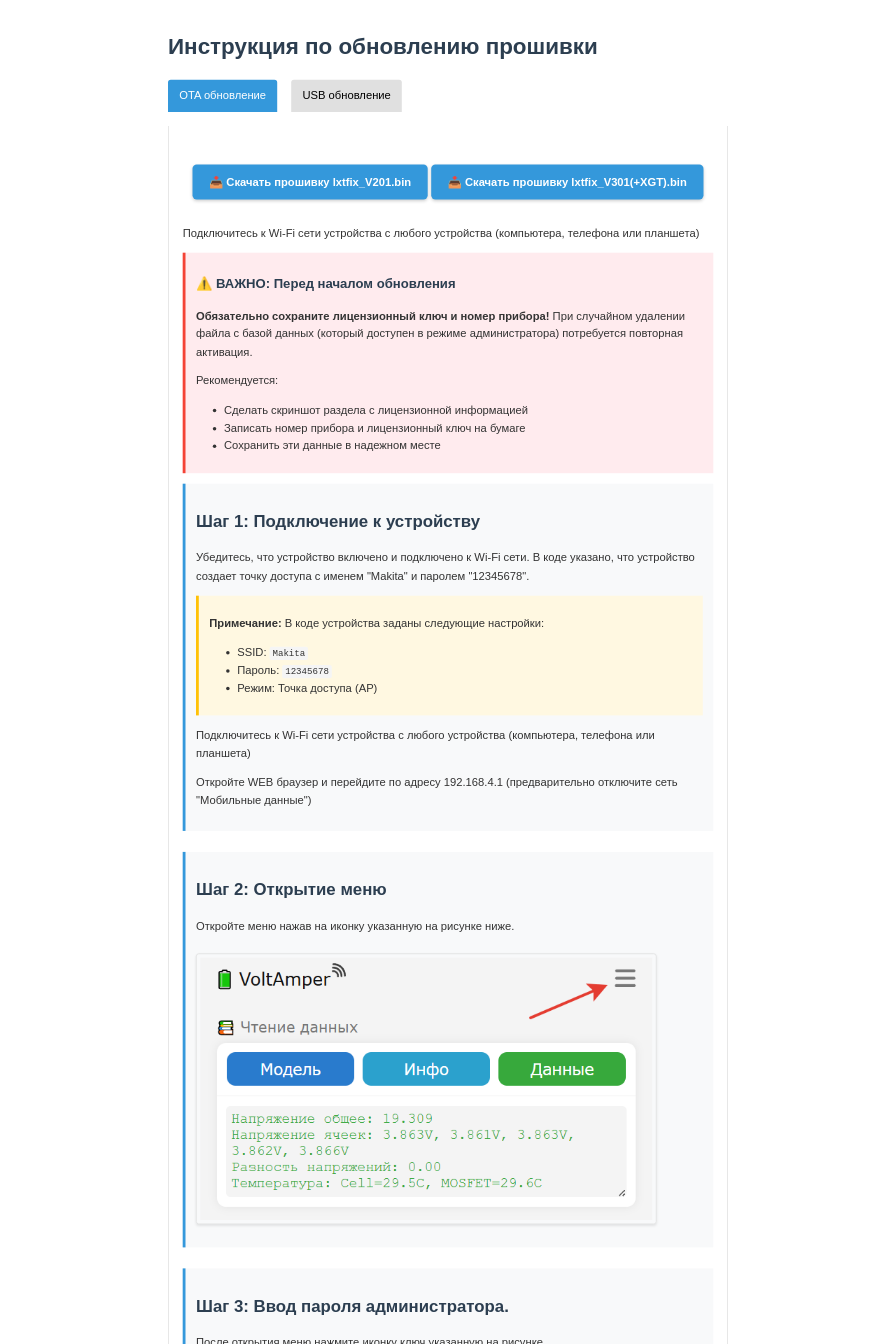
Repository: NikElectronics/ELIXStoFIX
Page: firmware.html
These files come from the project's save history. The page is drawn as it stood at one moment and after the next save; the edit follows.
The browser window is 1280 px wide. The pictures show the part of the page from y = 0 to 1920 px (the page is 5956 px tall before and 5998 px after), at 70% of full size.

Above is the page before, as saved 2026-02-12 10:56:30.

### firmware.html
<!DOCTYPE html>
<html lang="ru">

<head>
    <meta charset="UTF-8">
    <meta name="viewport" content="width=device-width, initial-scale=1.0">
    <title>Инструкция по обновлению прошивки</title>
    <style>
        body {
            font-family: Arial, sans-serif;
            line-height: 1.6;
            max-width: 800px;
            margin: 0 auto;
            padding: 20px;
            color: #333;
        }

        h1,
        h2,
        h3 {
            color: #2c3e50;
        }

        .step {
            margin-bottom: 30px;
            padding: 15px;
            border-left: 4px solid #3498db;
            background-color: #f8f9fa;
        }

        .screenshot {
            max-width: 100%;
            border: 1px solid #ddd;
            border-radius: 4px;
            padding: 5px;
            margin: 10px 0;
            box-shadow: 0 2px 4px rgba(0, 0, 0, 0.1);
            cursor: pointer;
            transition: transform 0.3s ease;
        }

        .screenshot:hover {
            transform: scale(1.05);
        }

        /* Стили для модального окна изображения */
        .modal {
            display: none;
            position: fixed;
            z-index: 1000;
            left: 0;
            top: 0;
            width: 100%;
            height: 100%;
            background-color: rgba(0, 0, 0, 0.9);
            backdrop-filter: blur(5px);
        }

        .modal-content {
            display: block;
            margin: auto;
            max-width: 90%;
            max-height: 90%;
            position: absolute;
            top: 50%;
            left: 50%;
            transform: translate(-50%, -50%);
            border-radius: 8px;
        }

        .close {
            position: absolute;
            top: 20px;
            right: 35px;
            color: #fff;
            font-size: 40px;
            font-weight: bold;
            cursor: pointer;
            z-index: 1001;
        }

        .close:hover {
            color: #ccc;
        }

        .note {
            background-color: #fff8e1;
            border-left: 4px solid #ffc107;
            padding: 10px 15px;
            margin: 15px 0;
        }

        .warning {
            background-color: #ffebee;
            border-left: 4px solid #f44336;
            padding: 10px 15px;
            margin: 15px 0;
        }

        code {
            background-color: #f5f5f5;
            padding: 2px 4px;
            border-radius: 3px;
            font-family: monospace;
        }

        .download-btn {
            display: inline-block;
            background-color: #3498db;
            color: white;
            padding: 12px 24px;
            text-decoration: none;
            border-radius: 6px;
            font-weight: bold;
            transition: all 0.3s ease;
            box-shadow: 0 2px 5px rgba(0, 0, 0, 0.2);
            margin: 15px 0;
        }

        .download-btn:hover {
            background-color: #2980b9;
            transform: translateY(-2px);
            box-shadow: 0 4px 8px rgba(0, 0, 0, 0.2);
        }

        .download-btn:active {
            transform: translateY(0);
            box-shadow: 0 2px 3px rgba(0, 0, 0, 0.2);
        }

        .download-container {
            text-align: center;
            margin: 20px 0;
        }

        .tab-btn {
            background-color: #e0e0e0;
            border: none;
            outline: none;
            cursor: pointer;
            padding: 14px 16px;
            font-size: 16px;
            border-radius: 4px 4px 0 0;
            transition: 0.3s;
        }

        .tab-btn.active {
            background-color: #3498db;
            color: white;
        }

        .tab-btn:hover:not(.active) {
            background-color: #bdc3c7;
        }

        .tab-content {
            padding: 20px;
            border: 1px solid #ddd;
            border-top: none;
            border-radius: 0 0 4px 4px;
        }
    </style>
</head>

<body>

    <h1>Инструкция по обновлению прошивки</h1>

    <div style="display: flex; gap: 20px; margin: 20px 0;">
        <button id="otaTab" class="tab-btn active" onclick="showTab('ota')">OTA обновление</button>
        <button id="usbTab" class="tab-btn" onclick="showTab('usb')">USB обновление</button>
    </div>

    <div id="otaContent" class="tab-content">

        <div class="download-container" id="downloadSection">
            <a href="files/lxtfix_V201.bin" download class="download-btn">
                📥 Скачать прошивку lxtfix_V201.bin
            </a>
            <a href="files/lxtfix_V301(+XGT).bin" download class="download-btn">
                📥 Скачать прошивку lxtfix_V301(+XGT).bin
            </a>
        </div>

        <p>Подключитесь к Wi-Fi сети устройства с любого устройства (компьютера, телефона или планшета)</p>

        <div class="warning">
            <h3>⚠️ ВАЖНО: Перед началом обновления</h3>
            <p><strong>Обязательно сохраните лицензионный ключ и номер прибора!</strong> При случайном удалении файла с базой данных
                 (который доступен в режиме администратора) потребуется повторная активация.</p>
            <p>Рекомендуется:</p>
            <ul>
                <li>Сделать скриншот раздела с лицензионной информацией</li>
                <li>Записать номер прибора и лицензионный ключ на бумаге</li>
                <li>Сохранить эти данные в надежном месте</li>
            </ul>
        </div>

        <div class="step">
            <h2>Шаг 1: Подключение к устройству</h2>
            <p>Убедитесь, что устройство включено и подключено к Wi-Fi сети. В коде указано, что устройство создает
                точку
                доступа с именем "Makita" и паролем "12345678".</p>
            <div class="note">
                <p><strong>Примечание:</strong> В коде устройства заданы следующие настройки:</p>
                <ul>
                    <li>SSID: <code>Makita</code></li>
                    <li>Пароль: <code>12345678</code></li>
                    <li>Режим: Точка доступа (AP)</li>
                </ul>
            </div>
            <p>Подключитесь к Wi-Fi сети устройства с любого устройства (компьютера, телефона или планшета)</p>
            <p>Откройте WEB браузер и перейдите по адресу 192.168.4.1 (предварительно отключите сеть "Мобильные данные")
            </p>
        </div>

        <div class="step">
            <h2>Шаг 2: Открытие меню</h2>
            <p>Откройте меню нажав на иконку указанную на рисунке ниже. </p>
            <img src="images/menu.png" alt="Главная страница веб-интерфейса" class="screenshot">
        </div>

        <div class="step">
            <h2>Шаг 3: Ввод пароля администратора.</h2>
            <p>После открытия меню нажмите иконку ключ указанную на рисунке.</p>
            <img src="images/menu_open.png" alt="Главная страница веб-интерфейса" class="screenshot">
            <p>И введите в поле, открывшегося окна Password, пароль LXTFIX (для новых версий) или nik1709 (для старых
                версий)</p>
            <img src="images/password.png" alt="Главная страница веб-интерфейса" class="screenshot">
        </div>

        <div class="step">
            <h2>Шаг 4: Выбор прошивки</h2>
            <p>После ввода правильного пароля иконка ключа станет зеленым и появится иконка ОТА (облако)".</p>
            <p>Нажав на иконку OTA откроется проводник файлов вашего устройства. Найдите и выберите заранее скачанную
                прошивку.</p>
            <img src="images/pass_good.png" alt="Раздел программатора" class="screenshot">
            <div class="note">
                <p><strong>Примечание:</strong> Убедитесь, что файл прошивки имеет правильный формат (обычно .bin) и
                    совместим с вашим устройством.</p>
            </div>
        </div>

        <div class="step">
            <h2>Шаг 5: Загрузка новой прошивки</h2>
            <p>После выбора файла прошивки нажмите кнопку ОК для начала загрузки. </p>
            <img src="images/firmware.png" alt="Интерфейс загрузки прошивки" class="screenshot">
        </div>

        <div class="step">
            <h2>Шаг 6: Процесс обновления</h2>
            <p>При обновлении прошивки иконка облако станет зеленым. Не прерывайте процесс обновления и не отключайте
                питание устройства до появления сообщения "OTA завершено" в нижней части экрана.</p>
            <img src="images/green.png" alt="Процесс обновления прошивки" class="screenshot">
            <div class="warning">
                <p><strong>Внимание:</strong> Прерывание процесса обновления может привести к повреждению прошивки и
                    необходимости физического перепрограммирования устройства!</p>
            </div>
        </div>

        <div class="step">
            <h2>Шаг 7: Завершение обновления</h2>
            <p>После успешной загрузки прошивки устройство обычно перезагружается автоматически. Если этого не
                произошло, вы
                можете перезагрузить устройство вручную с помощью кнопки "Перезагрузить" в веб-интерфейсе или выключив и
                включив питание.</p>
        </div>

        <div class="step">
            <h2>Шаг 8: Проверка новой версии</h2>
            <p>После перезагрузки снова откройте меню и проверьте, что версия прошивки изменилась на новую.</p>
            <img src="images/control.png" alt="Процесс обновления прошивки" class="screenshot">
        </div>

        <div class="note" id="additionalInfo">
            <h3>Дополнительная информация</h3>
            <p>В коде устройства реализована система лицензирования через серийный номер. Если после обновления
                возникают
                проблемы с лицензией, проверьте правильность введенного ключа в разделе программатора. Обратитесь в
                техподдержку.</p>
        </div>

        <div class="warning" id="importantWarnings">
            <h3>Важные предупреждения</h3>
            <ul>
                <li>Под паролем администратора не совершайте иных действий кроме указанных в данной инструкции.</li>
                <li>Убедитесь, что источник прошивки надежный и файл не поврежден</li>
                <li>Не прерывайте процесс обновления</li>
                <li>Убедитесь, что устройство имеет стабильное питание во время обновления</li>
                <li>После прошивки выйдите из режима администратора введя неверный пароль.</li>
            </ul>
        </div>
    </div>

    <div id="usbContent" class="tab-content" style="display: none;">
        <div class="download-container" id="downloadSection">
            <a href="files/lxtfix_V201.bin" download class="download-btn">
                📥 Скачать прошивку lxtfix_V201.bin
            </a>
            <a href="files/lxtfix_V301(+XGT).bin" download class="download-btn">
                📥 Скачать прошивку lxtfix_V301(+XGT).bin
            </a>
        </div>

        <div class="warning">
            <h3>⚠️ ВАЖНО: Перед началом обновления</h3>
            <p>Обязательно сохраните лицензионный ключ и номер прибора!.</p>
            <p>Рекомендуется:</p>
            <ul>
                <li>Сделать скриншот раздела с лицензионной информацией</li>
                <li>Записать номер прибора и лицензионный ключ на бумаге</li>
                <li>Сохранить эти данные в надежном месте</li>
            </ul>
        </div>

        <div class="step">
            <h2>Шаг 1: Подготовка к USB обновлению</h2>
            <p>Для обновления прошивки через USB понадобится:</p>
            <ul>
                <li>USB кабель (micro-USB или USB-C, в зависимости от модели устройства)</li>
                <li>Скачанная прошивка (.bin файл)</li>
                <li>WEB ресурс для прошивки <a href="https://esptool.spacehuhn.com/" target="_blank">ESPWebTool</a></li>
            </ul>
            <div class="note">
                <p><strong>Примечание:</strong> Убедитесь, что у вас установлены драйверы для подключения ESP32 к
                    компьютеру и устройство определяется.</p>
            </div>
        </div>

        <div class="step">
            <h2>Шаг 2: Подключение к прибору</h2>
            <p>Подключите USB кабель к диагностическому модулю.</p>
            <img src="images/usb-connection.png" alt="Подключение устройства через USB" class="screenshot">
        </div>

        <div class="step">
            <h2>Шаг 3: Запуск режима прошивки</h2>
            <img src="images/esp.png" alt="Запуск прошивки" class="screenshot">
            <p>Зажмите кнопку BOOT на плате ESP32 и подайте питание подключив USB кабель к компьютеру, удерживая кнопку.
                После включения питания можно отпустить кнопку.</p>
            <div class="note">
                <p><strong>Примечание:</strong> Устройство должно появиться в диспетчере устройств как COM порт.</p>
            </div>
        </div>

        <div class="step">
            <h2>Шаг 4: Настройка и загрузка прошивки</h2>
            <p>Откройте <a href="https://esptool.spacehuhn.com/" target="_blank">ESPWebTool</a> и настройте параметры:
            </p>
            <ul>
                <li>Нажмите иконку CONNECT</li>
                <img src="images/connect.png" alt="Интерфейс программатора" class="screenshot">
                <li>Из предлагаемого списка com выберите USB JTAG/Serial debug и нажмите Подключение</li>
                <img src="images/JTAG.png" alt="Интерфейс программатора" class="screenshot">
                <li>Также дополнительно скачайте файлы <a href="files/bootloader.bin" download>bootloader.bin</a> и <a href="files/partitions.bin" download>partitions.bin</a>,
                     которые потребуются для прошивки чистого контроллера.</li>
                <li>Нажав иконку SELECT и выберите файл прошивки, который вы скачали ранее </li>
                <img src="images/Sselect.png" alt="Интерфейс программатора" class="screenshot">
                <li>И установите адреса в соответствии со скриншотом </li>
                <img src="images/Select.png" alt="Интерфейс программатора" class="screenshot">
                <li>Нажмите иконку PROGRAM.</li>
                <img src="images/Program.png" alt="Интерфейс программатора" class="screenshot">
                <li>Дождитесь окончания загруки.</li>
            </ul>
            <!-- <img src="images/programmer-tab.jpeg" alt="Интерфейс программатора" class="screenshot"> -->
        </div>

        <!-- <div class="step">
            <h2>Шаг 5: Загрузка прошивки</h2>
            <p>Начните процесс прошивки, нажав кнопку "Start" или "Upload" в программе. Дождитесь завершения процесса.</p>
            <img src="images/programmer-tab.jpeg" alt="Процесс загрузки прошивки" class="screenshot">
            <div class="warning">
                <p><strong>Внимание:</strong> Не отключайте USB кабель и не выключайте устройство до завершения процесса прошивки!</p>
            </div>
        </div> -->

        <div class="step">
            <h2>Шаг 5: Перезагрузка устройства</h2>
            <p>После успешной загрузки прошивки отключите питание устройства и отсоедините USB кабель. Затем снова
                подключите питание, чтобы запустить новую прошивку.</p>
        </div>

        <div class="step">
            <h2>Шаг 6: Проверка новой версии</h2>
            <p>После перезагрузки откройте веб-интерфейс устройства и проверьте, что версия прошивки изменилась на
                новую.</p>
            <img src="images/control.png" alt="Версия прошивки" class="screenshot">
        </div>

        <div class="note" id="additionalInfoUsb">
            <h3>Дополнительная информация</h3>
            <p>Если у вас возникли проблемы с подключением устройства к компьютеру, проверьте наличие и
                работоспособность USB драйверов.</p>
            <p>В коде устройства реализована система лицензирования через серийный номер. Если после обновления
                возникают
                проблемы с лицензией, проверьте правильность введенного ключа в разделе программатора. Обратитесь в
                техподдержку.</p>
        </div>

        <div class="warning" id="importantWarningsUsb">
            <h3>Важные предупреждения</h3>
            <ul>
                <li>Убедитесь, что используете правильный файл прошивки для вашей модели устройства</li>
                <li>Не прерывайте процесс прошивки до его завершения</li>
                <li>Убедитесь, что устройство имеет стабильное питание во время обновления</li>
                <li>Проверьте правильность настроек COM порта и скорости соединения</li>
                <!-- <li>Убедитесь, что источник прошивки надежный и файл не поврежден</li> -->
            </ul>
        </div>
    </div>

    <!-- Модальное окно для изображений -->
    <div class="modal" id="imageModal">
        <span class="close" id="closeModal">&times;</span>
        <img class="modal-content" id="modalImage" src="" alt="">
    </div>

    <script>
        // Функция переключения вкладок
        function showTab(tabName) {
            // Скрыть все содержимое вкладок
            document.getElementById('otaContent').style.display = 'none';
            document.getElementById('usbContent').style.display = 'none';

            // Убрать активный класс со всех кнопок
            document.getElementById('otaTab').classList.remove('active');
            document.getElementById('usbTab').classList.remove('active');

            // Показать выбранную вкладку и сделать кнопку активной
            document.getElementById(tabName + 'Content').style.display = 'block';
            document.getElementById(tabName + 'Tab').classList.add('active');
        }

        // Функция для открытия модального окна с изображением
        function openImageModal(src, alt) {
            const modal = document.getElementById('imageModal');
            const modalImg = document.getElementById('modalImage');
            const closeModal = document.getElementById('closeModal');

            modalImg.src = src;
            modalImg.alt = alt;

            modal.style.display = 'block';

            // Обработчики закрытия
            closeModal.onclick = function () {
                modal.style.display = 'none';
            };

            modal.onclick = function () {
                modal.style.display = 'none';
            };
        }

        // Добавляем функционал для увеличения изображений
        document.addEventListener('click', function (event) {
            // Проверяем, является ли клик по изображению в контейнере
            if (event.target.classList.contains('screenshot')) {
                openImageModal(event.target.src, event.target.alt);
            }
        });

        // Закрытие модального окна при нажатии на клавишу Escape
        document.addEventListener('keydown', function (event) {
            if (event.key === 'Escape') {
                const modal = document.getElementById('imageModal');
                if (modal.style.display === 'block') {
                    modal.style.display = 'none';
                }
            }
        });
    </script>
</body>

</html>

After the next save:
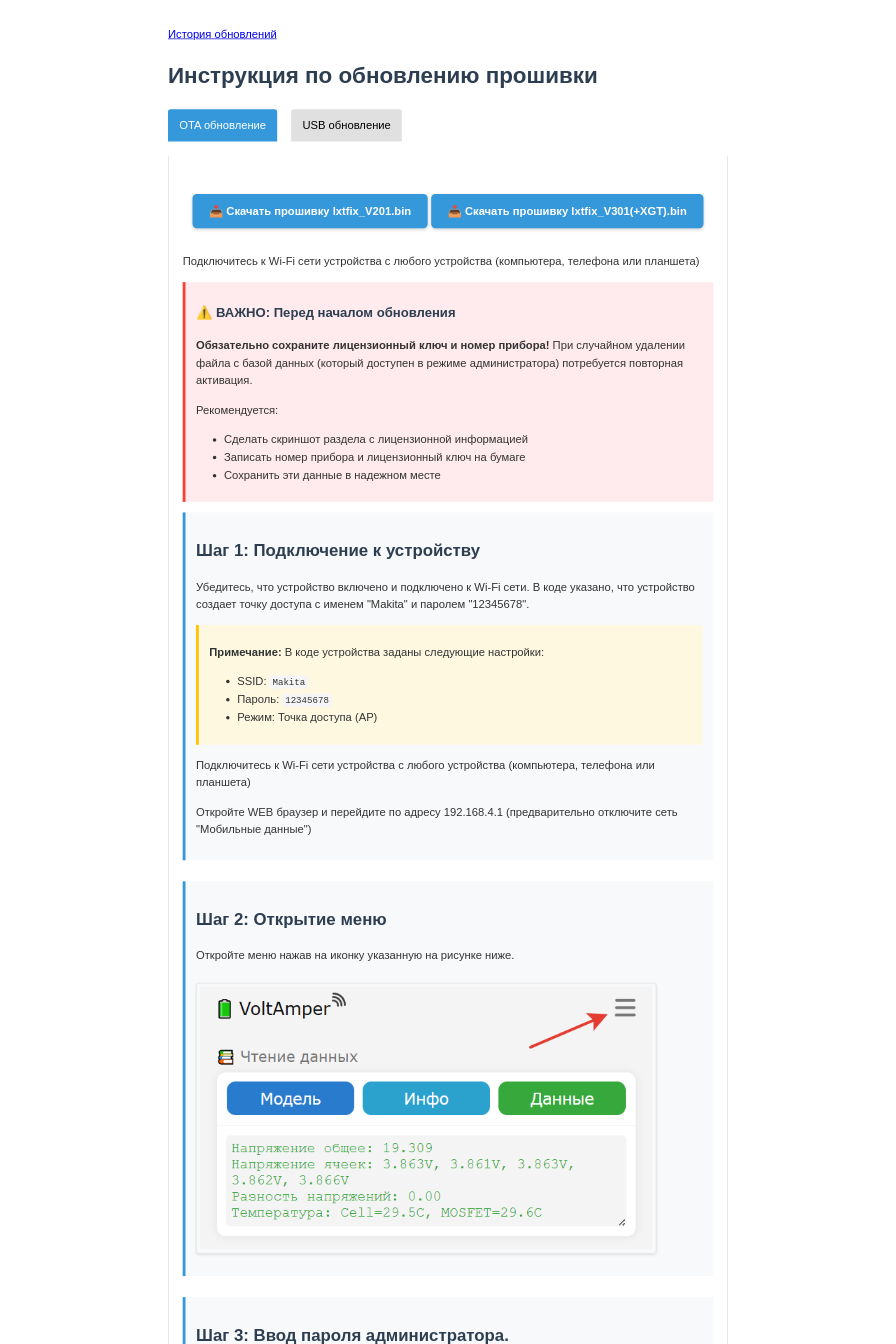
Saved 5 min 8 s later.
--- a/firmware.html
+++ b/firmware.html
@@ -163,6 +163,8 @@
 </head>
 
 <body>
+
+    <p><a href="CHANGELOG.md">История обновлений</a></p>
 
     <h1>Инструкция по обновлению прошивки</h1>
 
